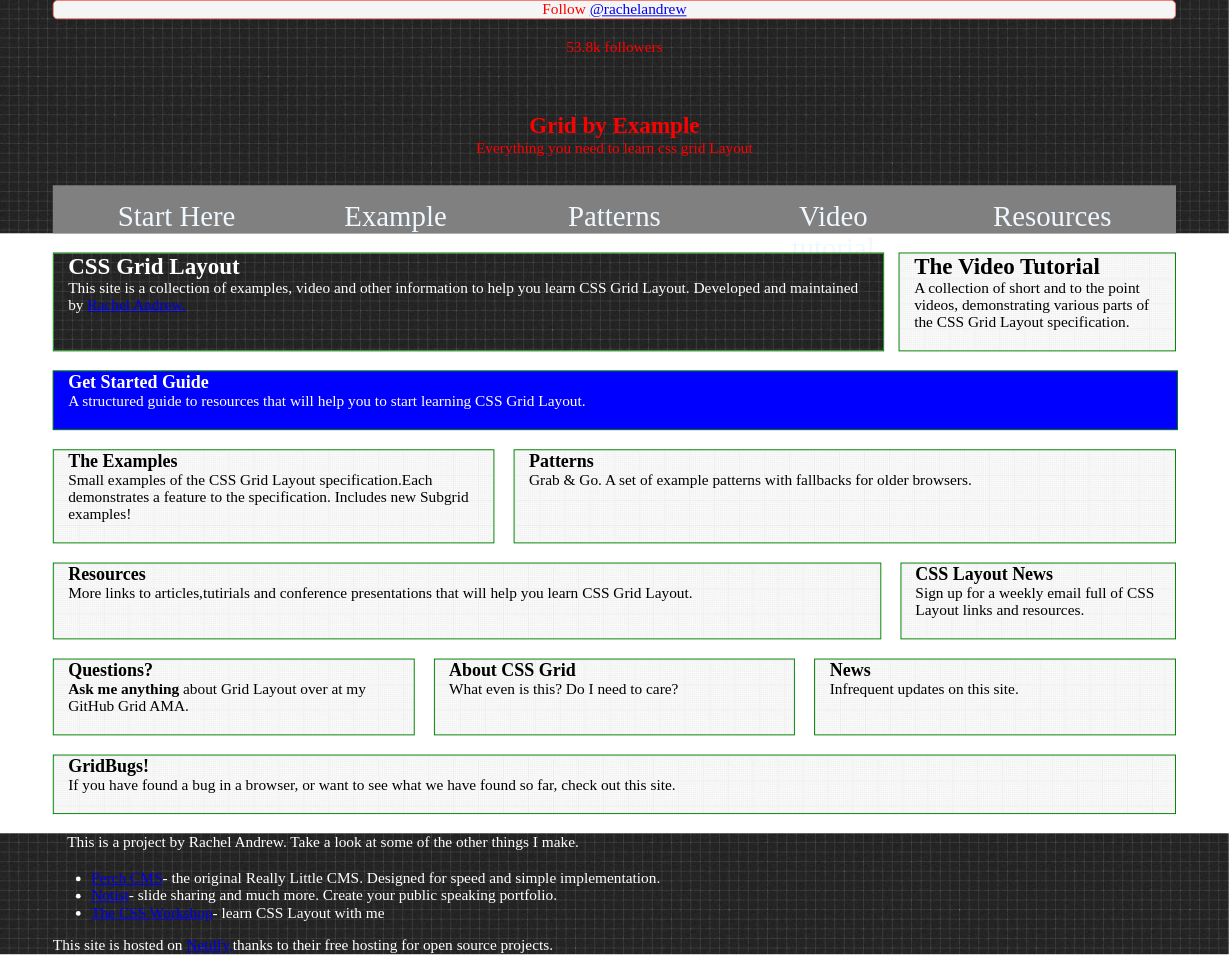
Repository: sitikhusushan/grid
Page: index.html
An editor plug-in stored every save of this project. The page is shown before and after the next save, followed by the edit.
The browser window is 1280 px wide. The pictures show the whole page, at 96% of full size.

Above is the page before, as saved 2020-05-13 19:46:21.

After the next save:
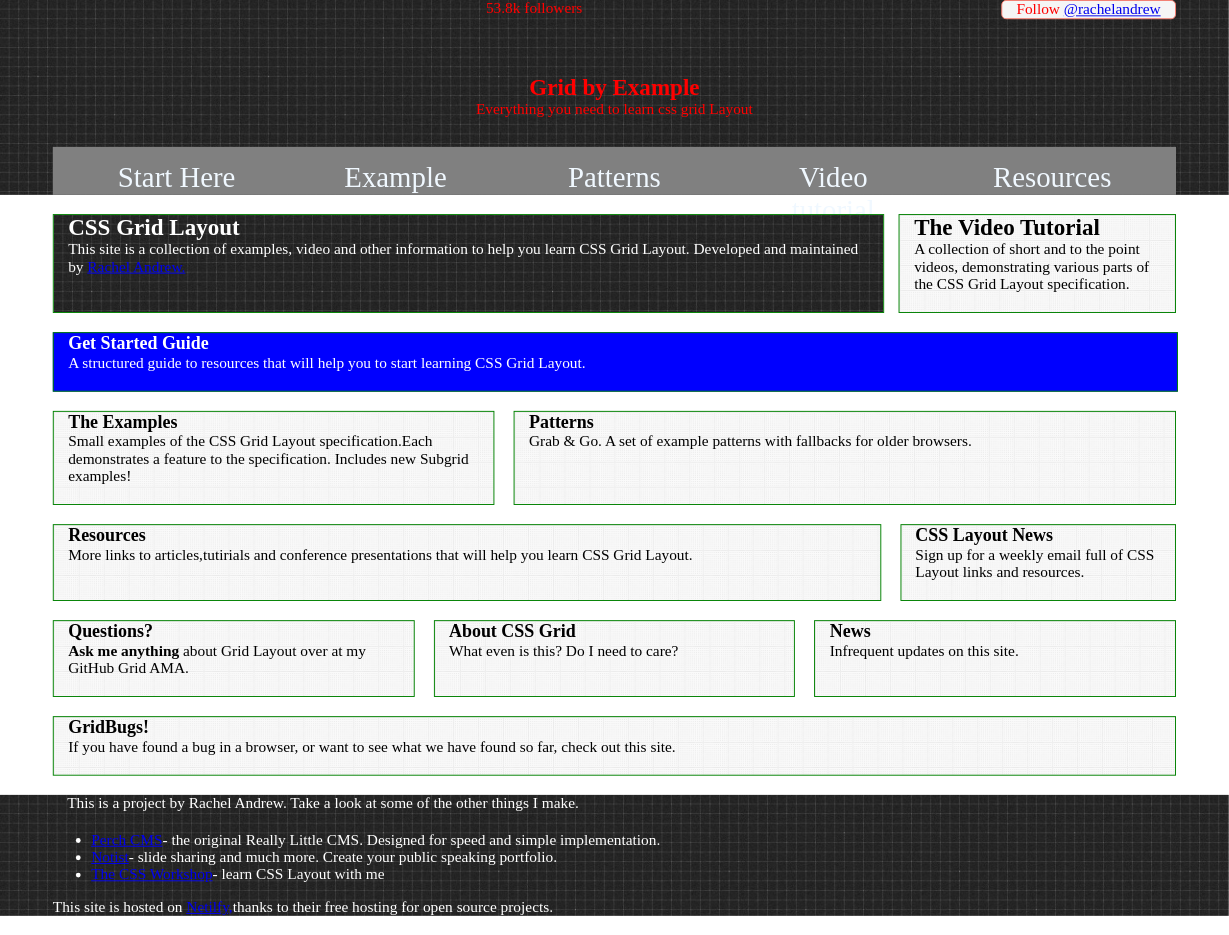
Saved 49 s later.
--- a/style.css
+++ b/style.css
@@ -83,10 +83,9 @@
   float: right;
 } */
 
-/* .social {
-  display: grid;
-  grid-template-columns: repeat(3, 1fr);
-} */
+.social {
+  float: right;
+}
 
 .header li:hover {
   background-color: black;
